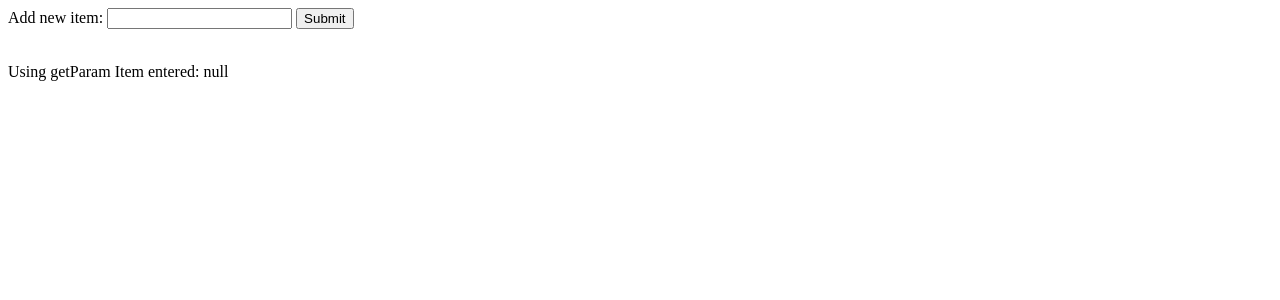
Repository: bpaudel2/jsp-and-servlets-demo
Page: http://localhost/jspdemo/todolist-demo.jsp
These files come from the project's save history. The page is drawn as it stood at one moment and after the next save; the edit follows.
The browser window is 1280 px wide. The pictures show the whole page.
The page is served by Tomcat 9. Other server files are loaded and not shown.

Above is the page before, as saved 2019-05-26 01:29:54.

### jspdemo/WebContent/todolist-demo.jsp
<%@ page import="java.util.*" %>
<html>
<body>
<!-- Step1: Create HTML form -->
<form action="todolist-demo.jsp">
Add new item: <input type="text" name="theItem" />
<input type="submit" value="Submit" />

</form>
<!-- Step2: Add new item to "To Do" list -->

<!-- Step3: Display all "To Do" items from session -->
<br>
Using getParam
Item entered: <%= request.getParameter("theItem") %>



</body>


</html>

After the next save:
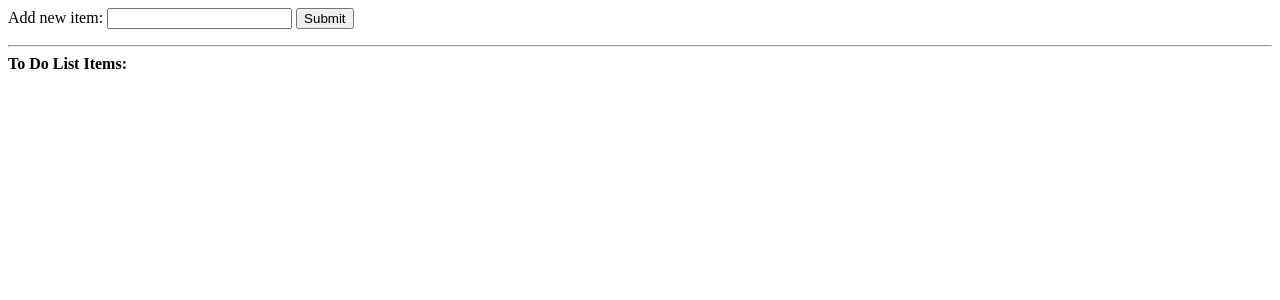
Saved 4 min 29 s later.
--- a/jspdemo/WebContent/todolist-demo.jsp
+++ b/jspdemo/WebContent/todolist-demo.jsp
@@ -9,10 +9,31 @@ Add new item: <input type="text" name="theItem" />
 </form>
 <!-- Step2: Add new item to "To Do" list -->
 
+<%
+	List<String> items = (List<String>) session.getAttribute("myToDoList");
+	if(items == null){
+		items = new ArrayList<String>();
+		session.setAttribute("myToDoList", items);
+	}
+	String theItem = request.getParameter("theItem");
+	if(theItem!=null){
+		items.add(theItem);
+	}
+
+%>
 <!-- Step3: Display all "To Do" items from session -->
+<hr>
+<b>To Do List Items:</b>
+<ol>
+<%
+	for(String temp: items){
+		out.println("<li>"+temp+"</li>");
+	}
+
+%>
+</ol>
 <br>
-Using getParam
-Item entered: <%= request.getParameter("theItem") %>
+
 
 
 
